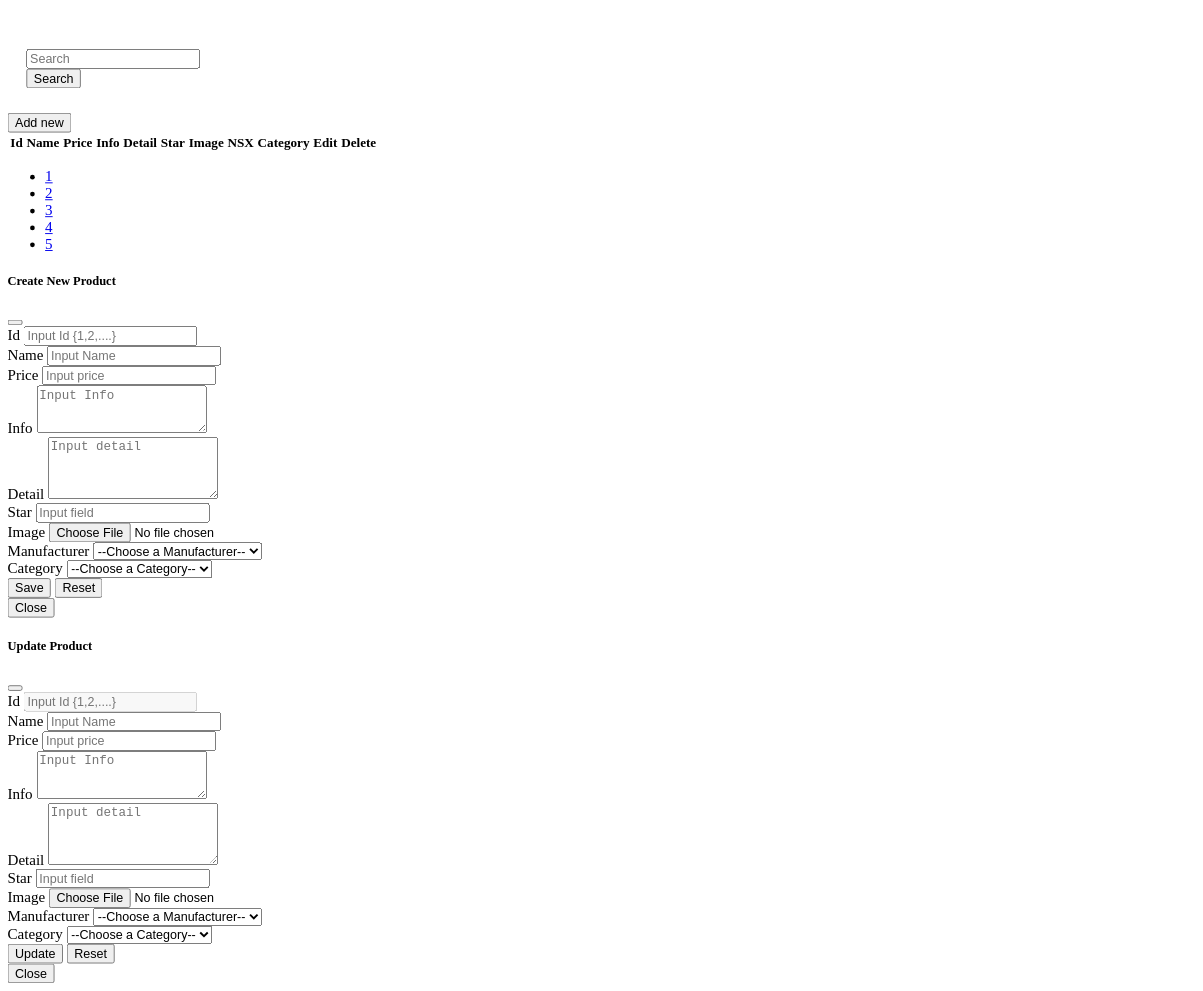
Repository: nguyenhien9/VTI_demo-ecommerce
Page: ADMIN/contentProduct.html
These files come from the project's save history. The page is drawn as it stood at one moment and after the next save; the edit follows.
The browser window is 1280 px wide. The pictures show the whole page, at 94% of full size.

Above is the page before, as saved 2023-04-05 21:34:00.

### ADMIN/contentProduct.html
<!DOCTYPE html>
<html lang="en">
  <head>
    <meta charset="UTF-8" />
    <meta http-equiv="X-UA-Compatible" content="IE=edge" />
    <meta name="viewport" content="width=device-width, initial-scale=1.0" />
    <title>ContentProduct</title>
    <link rel="stylesheet" href="./asset/css/Adminpage.css" />
  </head>
  <body>
    <div class="col-12 col-sm-12 col-md-12 col-lg-12 col-xl-12 col-xxl-12">
      <br />
      <br />
      <!-- Search -->
      <div class="row justify-content-center g-2">
        <div class="col-12 col-sm-12 col-md-12 col-lg-12 col-xl-12 col-xxl-12">
          <div class="row justify-content-center align-items-center g-2">
            <form
              class="d-flex border rounded w-100"
              style="padding: 8px 8px 8px 20px"
              role="search"
            >
              <div class="col-8 pe-4">
                <input
                  class="form-control me-2"
                  type="search"
                  placeholder="Search"
                  aria-label="Search"
                />
              </div>
              <div class="col-4">
                <button class="btn btn-outline-success" type="submit">
                  Search
                </button>
              </div>
            </form>
          </div>
        </div>
      </div>
      <!-- End Search -->
      <!-- Add product -->
      <br />

      <div class="row justify-content-center border rounded g-2 updateModal">
        <div class="row justify-content-center g-2 ps-2">
          <div class="col-12">
            <button
              type="button"
              class="btn btn-info text-light"
              data-bs-toggle="modal"
              data-bs-target="#modalId"
            >
              Add new
            </button>
          </div>
        </div>
        <div class="row justify-content-center align-items-center g-2">
          <div class="col-sm-12">
            <div class="table-responsive" style="font-size: 14px">
              <table class="table table-light">
                <thead>
                  <tr>
                    <th scope="col">Id</th>
                    <th scope="col">Name</th>
                    <th scope="col">Price</th>
                    <th scope="col">Info</th>
                    <th scope="col">Detail</th>
                    <th scope="col">Star</th>
                    <th scope="col">Image</th>
                    <th scope="col">NSX</th>
                    <th scope="col">Category</th>
                    <th scope="col">Edit</th>
                    <th scope="col">Delete</th>
                  </tr>
                </thead>
                <tbody id="tableBody">
                  <!-- Row-1 -->

                  <!-- Row-2 -->
                </tbody>
              </table>
            </div>
          </div>
        </div>
        <div class="row justify-content-center align-items-center g-2">
          <div class="col-sm-12">
            <nav aria-label="Page navigation">
              <ul class="pagination ps-4">
                <li class="page-item" aria-current="page">
                  <a class="page-link active" href="#">1</a>
                </li>
                <li class="page-item">
                  <a class="page-link" href="#">2</a>
                </li>
                <li class="page-item"><a class="page-link" href="#">3</a></li>
                <li class="page-item"><a class="page-link" href="#">4</a></li>
                <li class="page-item"><a class="page-link" href="#">5</a></li>
              </ul>
            </nav>
          </div>
        </div>
      </div>
      <!--  Modal Add New  -->
      <!-- Modal Body-->
      <div
        class="modal fade"
        id="modalId"
        tabindex="-1"
        role="dialog"
        aria-labelledby="modalTitleId"
        aria-hidden="true"
      >
        <div class="modal-dialog" role="document">
          <div class="modal-content">
            <div class="modal-header">
              <h5 class="modal-title" id="modalTitleId">Create New Product</h5>
              <button
                type="button"
                class="btn-close"
                data-bs-dismiss="modal"
                aria-label="Close"
              ></button>
            </div>
            <div class="modal-body">
              <div class="container-fluid">
                <div class="col-12">
                  <!-- Product Properties -->

                  <div class="mb-3">
                    <label for="" class="form-label fw-bold">Id</label>
                    <input
                      type="text"
                      name="id"
                      id="id"
                      class="form-control"
                      placeholder="Input Id {1,2,....}"
                    />
                  </div>
                  <div class="mb-3">
                    <label for="" class="form-label fw-bold">Name</label>
                    <input
                      type="text"
                      name="name"
                      id="name"
                      class="form-control"
                      placeholder="Input Name"
                    />
                  </div>
                  <div class="mb-3">
                    <label for="" class="form-label fw-bold">Price</label>
                    <input
                      type="text"
                      name="price"
                      id="price"
                      class="form-control"
                      placeholder="Input price"
                    />
                  </div>
                  <div class="mb-3">
                    <label for="" class="form-label fw-bold">Info</label>
                    <textarea
                      class="form-control"
                      name="info"
                      id="info"
                      rows="3"
                      placeholder="Input Info"
                    ></textarea>
                  </div>
                  <div class="mb-3">
                    <label for="" class="form-label fw-bold">Detail</label>
                    <textarea
                      class="form-control"
                      name="detail"
                      id="detail"
                      rows="4"
                      placeholder="Input detail"
                    ></textarea>
                  </div>
                  <div class="mb-3">
                    <label for="" class="form-label fw-bold">Star</label>
                    <input
                      type="text"
                      name="star"
                      id="star"
                      class="form-control"
                      placeholder="Input field"
                    />
                  </div>
                  <div class="mb-3">
                    <label for="" class="form-label fw-bold">Image</label>
                    <input
                      type="file"
                      name="image"
                      id="image"
                      class="form-control text-secondary"
                      accept="image/*"
                    />
                  </div>
                  <div class="mb-3">
                    <label for="" class="form-label fw-bold"
                      >Manufacturer</label
                    >
                    <select
                      class="form-select form-select-md text-secondary"
                      name="manufacturer"
                      id="manufacturer"
                    >
                      <option selected>--Choose a Manufacturer--</option>
                      <option value="SAMSUNG">SAMSUNG</option>
                      <option value="APPLE">APPLE</option>
                      <option value="XIAOMI">XIAOMI</option>
                      <option value="OPPO">OPPO</option>
                    </select>
                  </div>
                  <div class="mb-3">
                    <label for="" class="form-label fw-bold">Category</label>
                    <select
                      class="form-select form-select-md text-secondary"
                      name=""
                      id="category"
                    >
                      <option selected>--Choose a Category--</option>
                      <option value="Mobile Phone">Mobile Phone</option>
                      <option value="Tablet">Tablet</option>
                      <option value="Laptop">Laptop</option>
                    </select>
                  </div>

                  <!-- Action -->

                  <div class="col-12">
                    <button
                      type="button"
                      class="btn btn-primary fw-semibold"
                      onclick="addNewProduct()"
                    >
                      Save
                    </button>
                    <button
                      type="button"
                      class="btn btn-warning text-light fw-semibold"
                    >
                      Reset
                    </button>
                  </div>
                </div>
              </div>
            </div>
            <div class="modal-footer">
              <div class="col-12">
                <button
                  type="button"
                  class="btn btn-danger float-end"
                  data-bs-dismiss="modal"
                >
                  Close
                </button>
              </div>
            </div>
          </div>
        </div>
      </div>
      <!-- Modal Edit -->
      <div
        class="modal fade"
        id="updateModal"
        tabindex="-1"
        role="dialog"
        aria-labelledby="modalTitleId"
        aria-hidden="true"
      >
        <div class="modal-dialog" role="document">
          <div class="modal-content">
            <div class="modal-header">
              <h5 class="modal-title" id="modalTitleId">Update Product</h5>
              <button
                type="button"
                class="btn-close"
                data-bs-dismiss="modal"
                aria-label="Close"
              ></button>
            </div>
            <div class="modal-body">
              <div class="container-fluid">
                <div class="col-12">
                  <!-- Product Properties -->

                  <div class="mb-3">
                    <label for="" class="form-label fw-bold">Id</label>
                    <input
                      type="text"
                      name="updateId"
                      id="updateId"
                      class="form-control"
                      placeholder="Input Id {1,2,....}"
                      disabled
                    />
                  </div>
                  <div class="mb-3">
                    <label for="" class="form-label fw-bold">Name</label>
                    <input
                      type="text"
                      name="updateName"
                      id="updateName"
                      class="form-control"
                      placeholder="Input Name"
                    />
                  </div>
                  <div class="mb-3">
                    <label for="" class="form-label fw-bold">Price</label>
                    <input
                      type="text"
                      name="updatePrice"
                      id="updatePrice"
                      class="form-control"
                      placeholder="Input price"
                    />
                  </div>
                  <div class="mb-3">
                    <label for="" class="form-label fw-bold">Info</label>
                    <textarea
                      class="form-control"
                      name="updateInfo"
                      id="updateInfo"
                      rows="3"
                      placeholder="Input Info"
                    ></textarea>
                  </div>
                  <div class="mb-3">
                    <label for="" class="form-label fw-bold">Detail</label>
                    <textarea
                      class="form-control"
                      name="updateDetail"
                      id="updateDetail"
                      rows="4"
                      placeholder="Input detail"
                    ></textarea>
                  </div>
                  <div class="mb-3">
                    <label for="" class="form-label fw-bold">Star</label>
                    <input
                      type="text"
                      name="updateStar"
                      id="updateStar"
                      class="form-control"
                      placeholder="Input field"
                    />
                  </div>
                  <div class="mb-3">
                    <label for="" class="form-label fw-bold">Image</label>
                    <input
                      type="file"
                      name="updateImage"
                      id="updateImage"
                      class="form-control text-secondary"
                      accept="image/*"
                    />
                  </div>
                  <div class="mb-3">
                    <label for="" class="form-label fw-bold"
                      >Manufacturer</label
                    >
                    <select
                      class="form-select form-select-md text-secondary"
                      name="updateManufacturer"
                      id="updateManufacturer"
                    >
                      <option selected>--Choose a Manufacturer--</option>
                      <option value="SAMSUNG">SAMSUNG</option>
                      <option value="APPLE">APPLE</option>
                      <option value="XIAOMI">XIAOMI</option>
                      <option value="OPPO">OPPO</option>
                    </select>
                  </div>
                  <div class="mb-3">
                    <label for="" class="form-label fw-bold">Category</label>
                    <select
                      class="form-select form-select-md text-secondary"
                      name="updateCategory"
                      id="updateCategory"
                    >
                      <option selected>--Choose a Category--</option>
                      <option value="Mobile Phone">Mobile Phone</option>
                      <option value="Tablet">Tablet</option>
                      <option value="Laptop">Laptop</option>
                    </select>
                  </div>

                  <!-- Action -->

                  <div class="col-12">
                    <button
                      type="button"
                      class="btn btn-primary fw-semibold"
                      onclick="hideModal()"
                    >
                      Update
                    </button>
                    <button
                      type="button"
                      class="btn btn-warning text-light fw-semibold"
                    >
                      Reset
                    </button>
                  </div>
                </div>
              </div>
            </div>
            <div class="modal-footer">
              <div class="col-12">
                <button type="button" class="btn btn-danger float-end">
                  Close
                </button>
              </div>
            </div>
          </div>
        </div>
      </div>
    </div>
  </body>
</html>

Loaded but not shown: ADMIN/asset/css/Adminpage.css (common file)

After the next save:
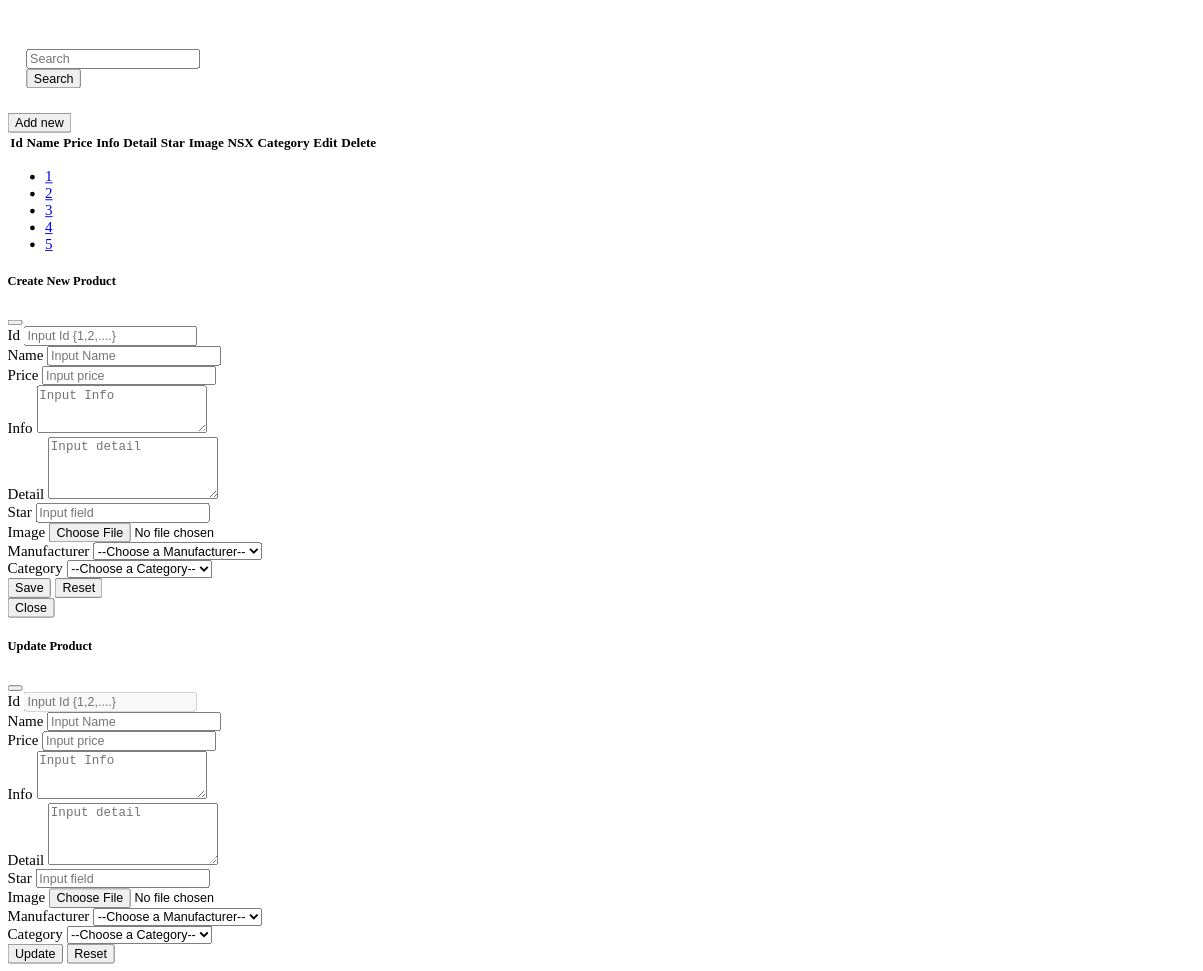
Saved 14 s later.
--- a/ADMIN/contentProduct.html
+++ b/ADMIN/contentProduct.html
@@ -408,9 +408,9 @@
             </div>
             <div class="modal-footer">
               <div class="col-12">
-                <button type="button" class="btn btn-danger float-end">
+                <!-- <button type="button" class="btn btn-danger float-end">
                   Close
-                </button>
+                </button> -->
               </div>
             </div>
           </div>

After the save that followed:
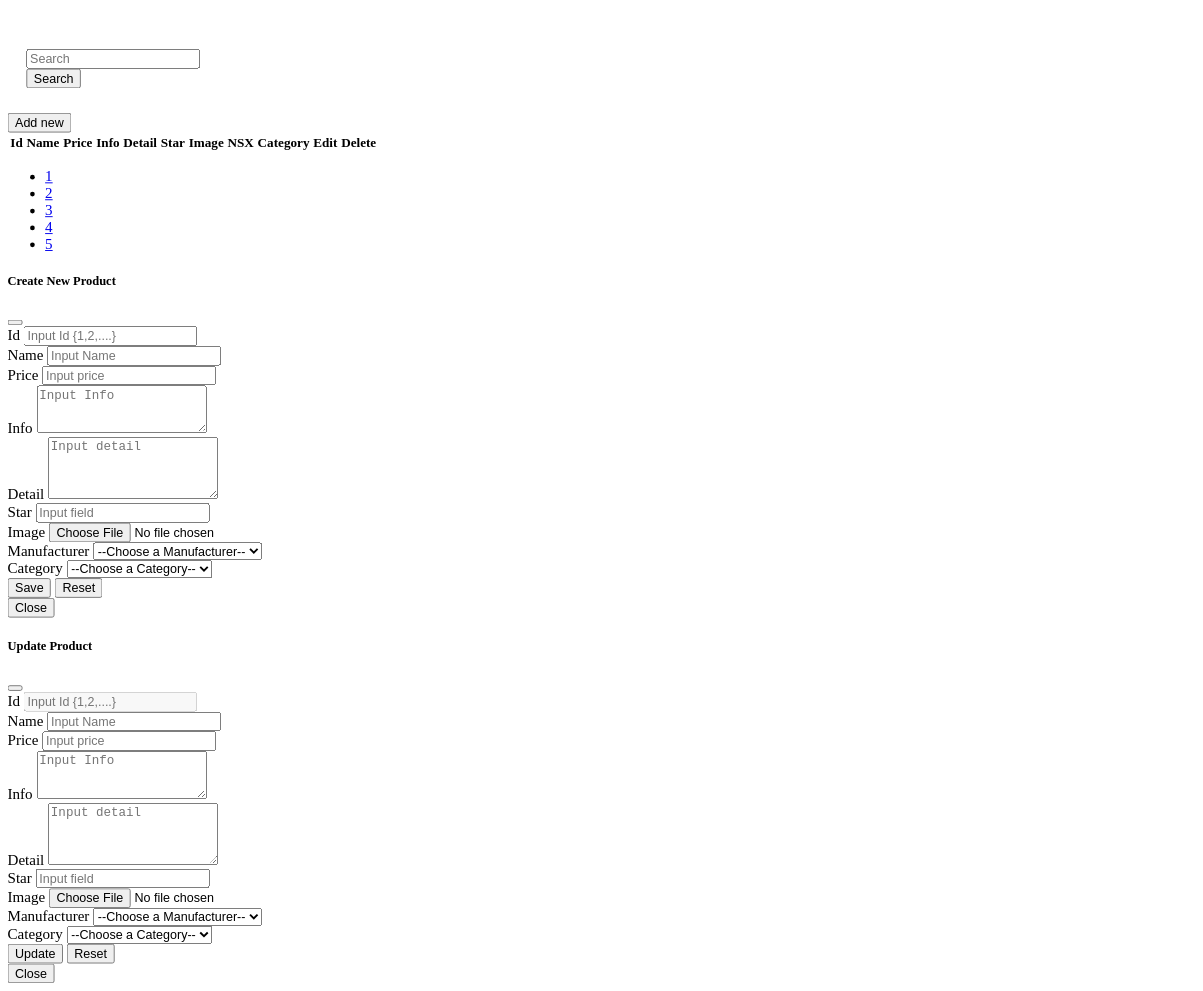
Saved 7 s later.
--- a/ADMIN/contentProduct.html
+++ b/ADMIN/contentProduct.html
@@ -408,9 +408,9 @@
             </div>
             <div class="modal-footer">
               <div class="col-12">
-                <!-- <button type="button" class="btn btn-danger float-end">
+                <button type="button" class="btn btn-danger float-end">
                   Close
-                </button> -->
+                </button>
               </div>
             </div>
           </div>
